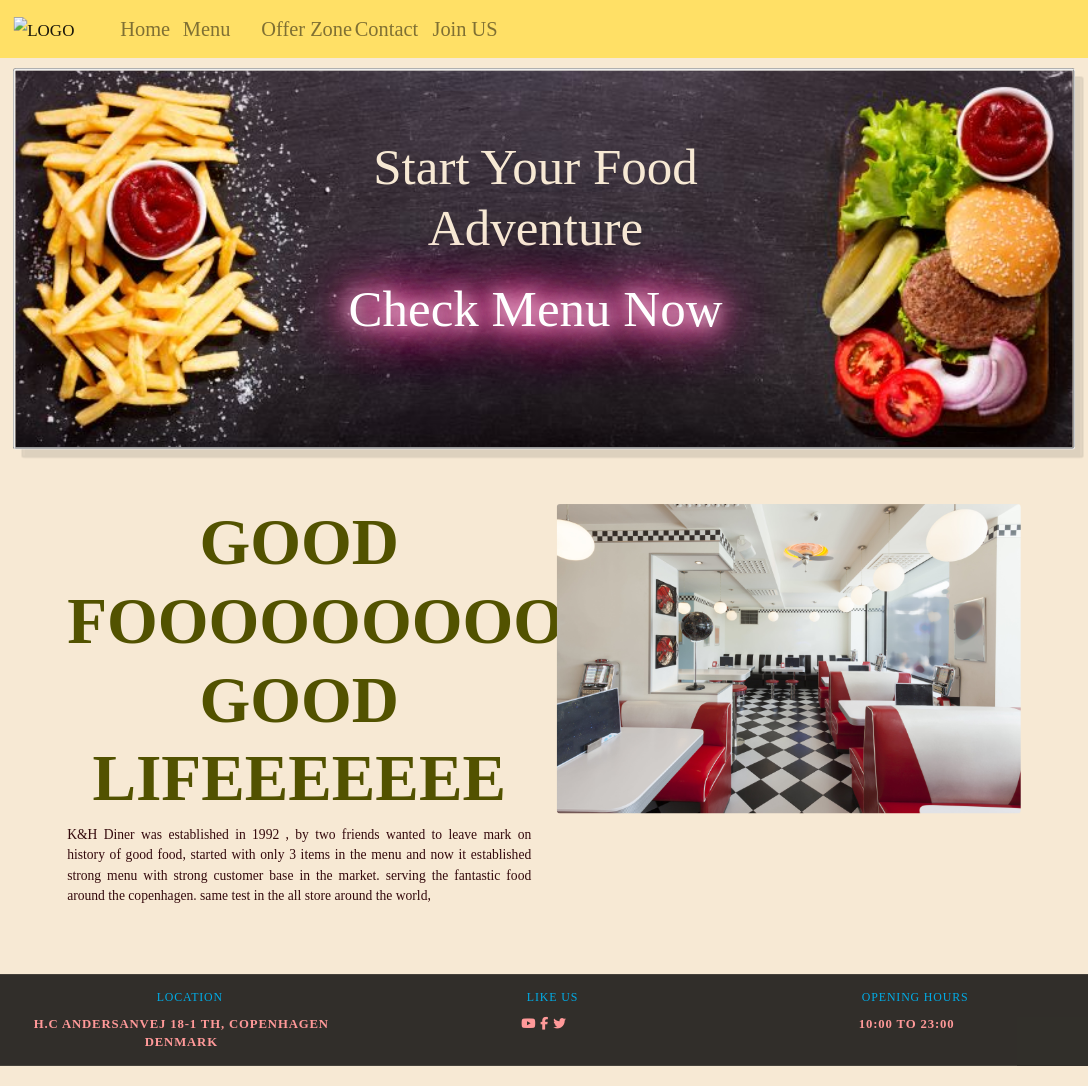
Repository: HMTRIVEDI/project-one
Page: index.html
The author's editor kept a record of every edit. The page is drawn from the files as they stood at one moment, then again after the next edit.
The browser window is 1280 px wide. The pictures show the whole page, at 85% of full size.
Some web fonts or font styles are not loaded; a fallback is used. Some web libraries are served in a nearby version.

Above is the page before.

After the next edit:
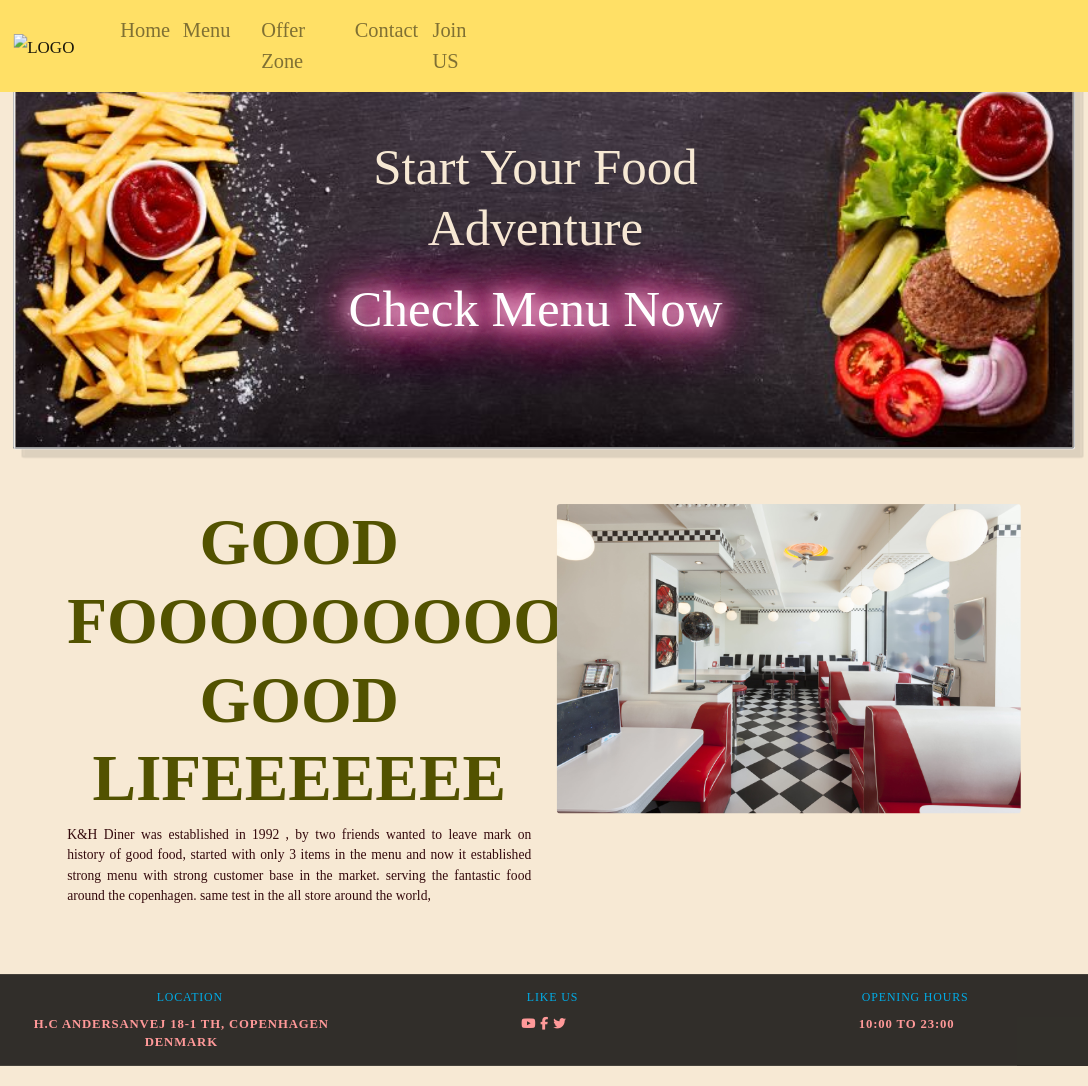
The edit:
--- a/assets/style.css
+++ b/assets/style.css
@@ -44,8 +44,7 @@
 }
 
 
-.nav-link {
-    width: 100%;
+.nav-link {padding: 10px;
     margin-left: 40%;
     font-weight: 100;
     border-radius: 30px;

After the 2 edits that followed:
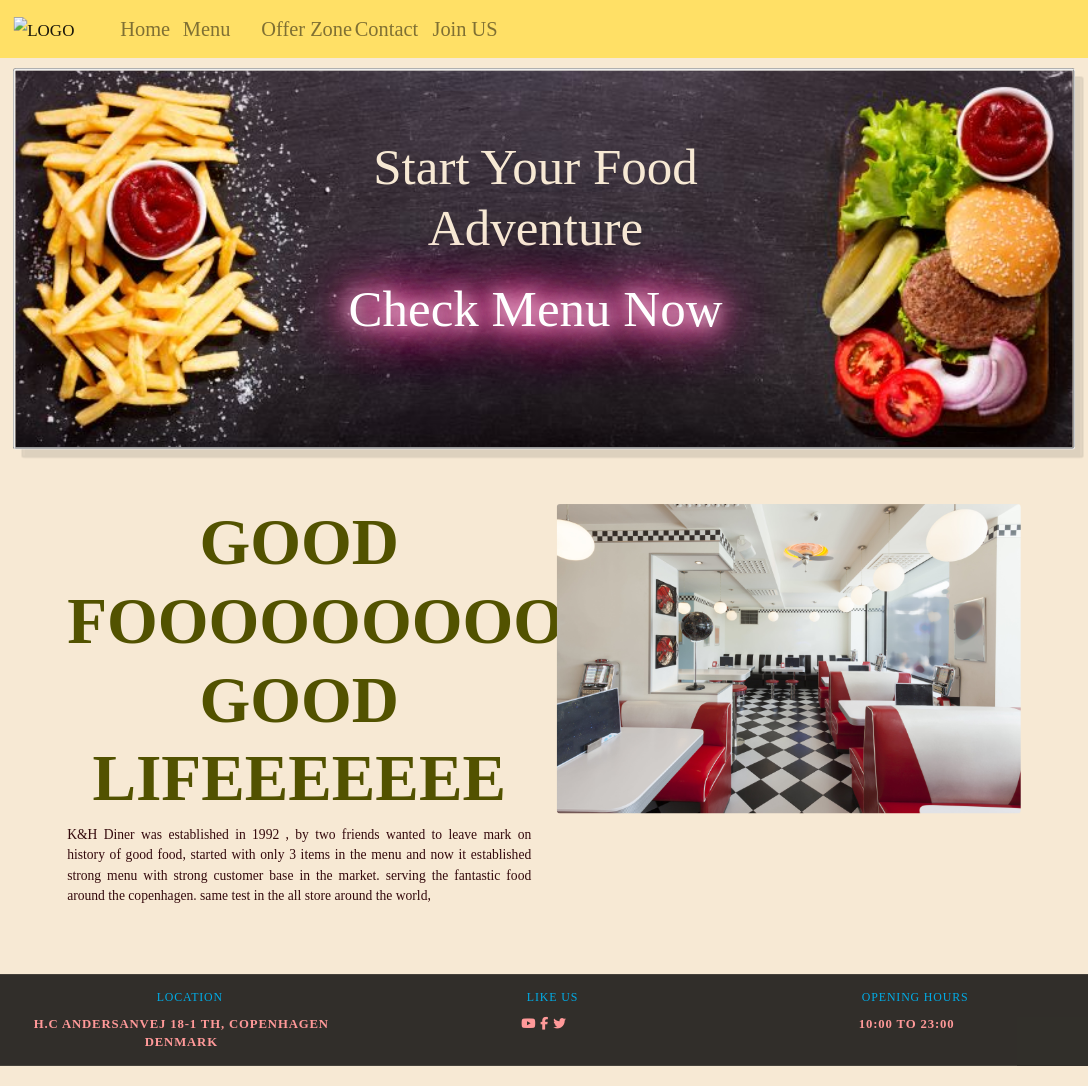
The 2 edits are shown as one change because 1 left the picture as it was.
The edit:
--- a/assets/style.css
+++ b/assets/style.css
@@ -44,7 +44,7 @@
 }
 
 
-.nav-link {padding: 10px;
+.nav-link {width:100%;
     margin-left: 40%;
     font-weight: 100;
     border-radius: 30px;
@@ -55,7 +55,7 @@
     transition: font size 1s;
 }
 
-.nav-link:hover {
+.nav-link:hover {padding: 10px;
     margin-left: 40%;
     font-weight: bolder;
     border-radius: 30px;
